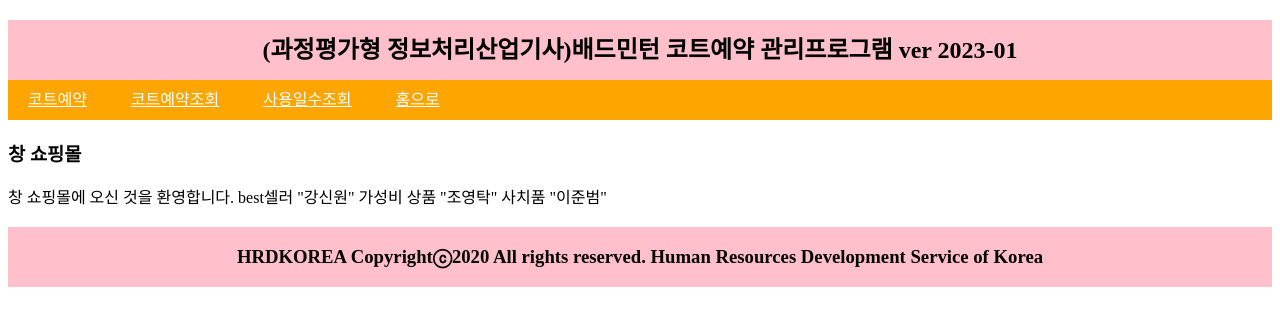
Repository: s25-30420/shopping
Page: http://localhost/shop/
An editor plug-in stored every save of this project. The page is shown before and after the next save, followed by the edit.
The browser window is 1280 px wide. The pictures show the whole page.
The page is served by Tomcat 9.

Above is the page before, as saved 2025-09-01 00:55:17.

After the next save:
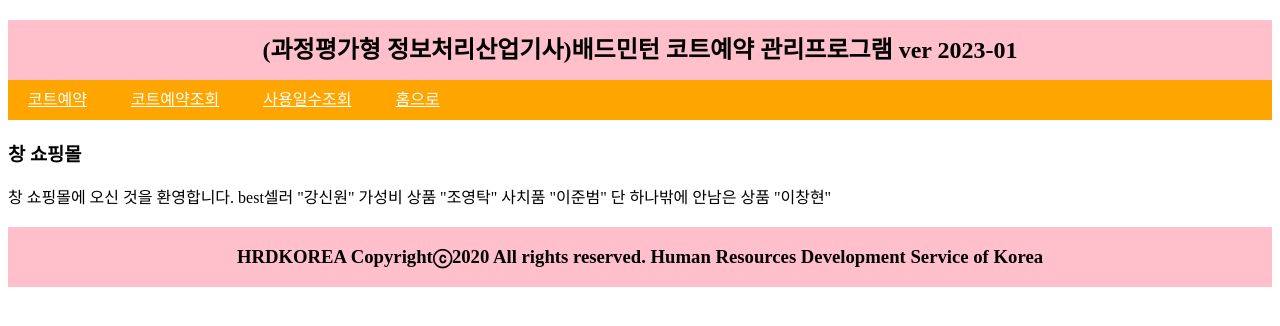
Saved 20 s later.
--- a/shop/src/main/webapp/index.jsp
+++ b/shop/src/main/webapp/index.jsp
@@ -16,6 +16,7 @@
 		best셀러 "강신원"
 		가성비 상품 "조영탁"
 		사치품 "이준범"
+		단 하나밖에 안남은 상품 "이창현"
 	</p>
 </section>
 <jsp:include page="footer.jsp"></jsp:include>
